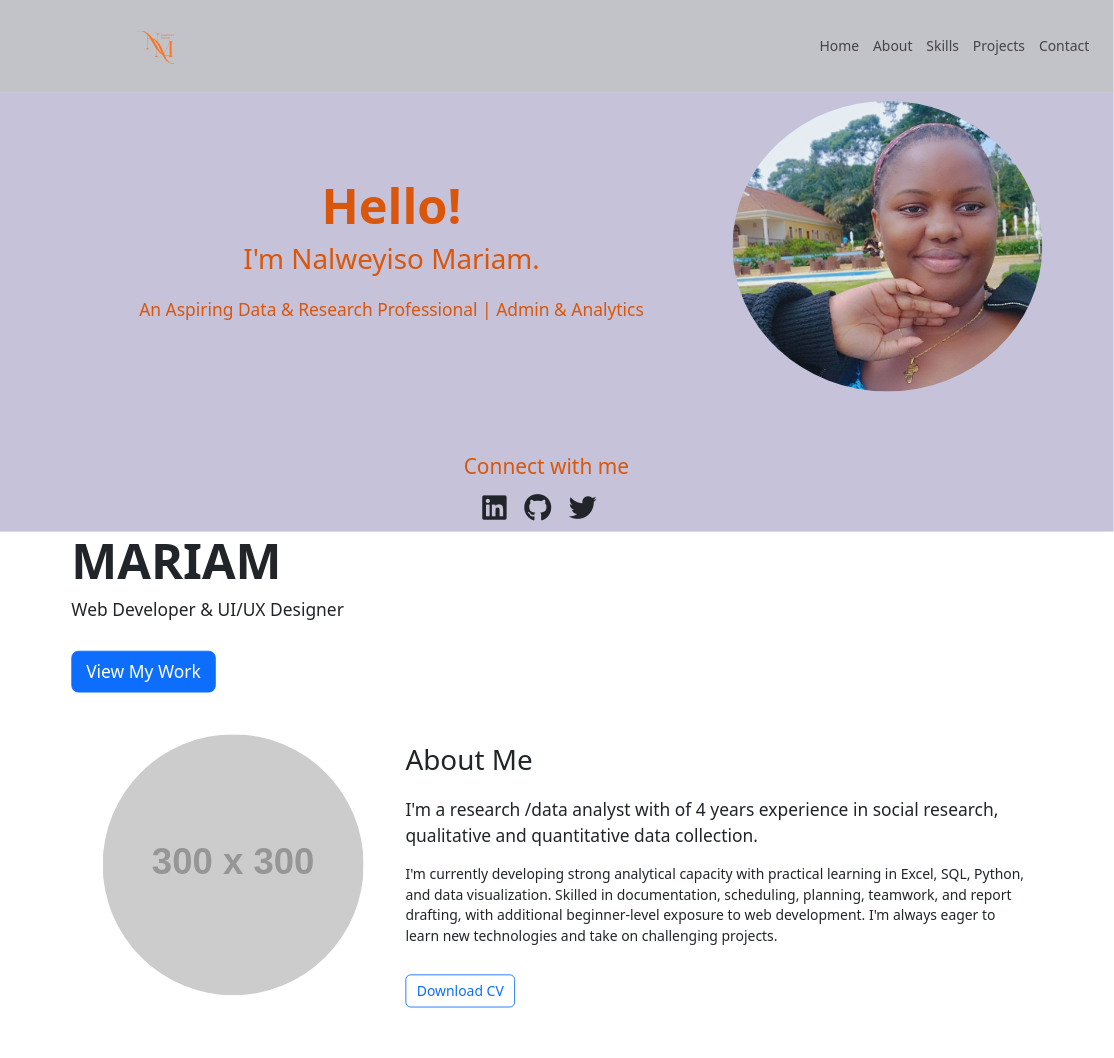
Repository: NalweMari/My-Personal-Portfolio
Page: index.html
An editor plug-in stored every save of this project. The page is shown before and after the next save, followed by the edit.
The browser window is 1280 px wide. The pictures show the whole page, at 87% of full size.

Above is the page before, as saved 2025-11-27 22:12:11.
Console error (its wording comes from the project's code and is left out).

### index.html
<!DOCTYPE html>
<html lang="en">

<head>
    <meta charset="UTF-8">
    <meta name="viewport" content="width=device-width, initial-scale=1.0">
    <title>My Portfolio</title>
    <link rel="stylesheet" href="style.css">
    <!-- Bootstrap CSS -->
    <link href="https://cdn.jsdelivr.net/npm/bootstrap@5.3.0/dist/css/bootstrap.min.css" rel="stylesheet">
    <!-- Font Awesome for icons -->
    <link rel="stylesheet" href="https://cdnjs.cloudflare.com/ajax/libs/font-awesome/6.4.0/css/all.min.css">

</head>

<body>
    <!-- Navigation -->

    <nav class="navbar navbar-expand-lg navbar-light bg-custom">
        <div class="container me-2">
            <a class="navbar-brand" href="#"><img src="images/Initials_Logo-preview (1).png" alt="Your Logo"
                    height="80"></a> <button class="navbar-toggler" type="button" data- 6 toggle="collapse"
                data-target="#navbarNav" aria-controls="navbarNav" aria-expanded="false" aria-label="Toggle navigation">
                <span class="navbar-toggler-icon"></span> </button>
            <div class="collapse navbar-collapse" id="navbarNav">
                <ul class="navbar-nav ms-auto">
                    <a class="nav-link" href="#">Home</a>
                    </li>
                    <li class="nav-item">
                        <a class="nav-link" href="#">About</a>
                    </li>
                    <li class="nav-item">
                        <a class="nav-link" href="#">Skills</a>
                    </li>
                    <li class="nav-item">
                        <a class="nav-link" href="#">Projects</a>
                    </li>
                    <li class="nav-item"><a class="nav-link" href="#">Contact</a>
                    </li>
                </ul>
            </div>
        </div>
    </nav>

    <!-- Hero Section -->
    <!-- <section id="home" class="hero-section text-center">
        <div class="container">
            <h1 class="display-4 fw-bold">MARIAM</h1>
            <p class="lead">Web Developer & UI/UX Designer</p>
            <a href="#projects" class="btn btn-primary btn-lg mt-3">View My Work</a>
        </div>
    </section> -->
    <section id="home" class="hero-section text-center">
        <div class="container">
            <div class="row align-items-center">
                <div class="col-md-8">
                    <h1 class="display-4 fw-bold">Hello!</h1>
                    <h2 class="mb-4">I'm Nalweyiso Mariam.</h2>
                    <p class="lead">An Aspiring Data & Research Professional | Admin & Analytics</p>
                    <p></p>
                    <!-- <a href="#projects" class="btn btn-primary btn-lg mt-3">View My Work</a>
                    <a href="#" class="btn btn-outline-primary mt-3">Download CV</a> -->
                </div>
                <div class="col-md-4 text-center mb-4">
                    <img src="images/Profile design.png" alt="Profile" class="img-fluid rounded-circle large-profile">
                </div>
                <div class="row mt-5">
                    <div class="col text-center">
                        <h4>Connect with me</h4>
                        <div class="mt-3">
                            <a href="#" class="text-dark me-3"><i class="fab fa-linkedin fa-2x"></i></a>
                            <a href="#" class="text-dark me-3"><i class="fab fa-github fa-2x"></i></a>
                            <a href="#" class="text-dark me-3"><i class="fab fa-twitter fa-2x"></i></a>
                        </div>
                    </div>
                </div>
    </section>
    <!-- About Section -->

      <section id="about" class="">
        <div class="container">
            <h1 class="display-4 fw-bold">MARIAM</h1>
            <p class="lead">Web Developer & UI/UX Designer</p>
            <a href="#projects" class="btn btn-primary btn-lg mt-3">View My Work</a>
    <section id="about" class="py-5">
        <div class="container">
            <div class="row align-items-center">
                <div class="col-md-4 text-center mb-4">
                    <img src="https://via.placeholder.com/300" alt="Profile" class="img-fluid rounded-circle">
                </div>
                <div class="col-md-8">
                    <h2 class="mb-4">About Me</h2>
                    <p class="lead">I'm a research /data analyst with of 4 years
                        experience in social research, qualitative and quantitative data collection.</p>
                    <p>I'm currently developing strong analytical capacity with practical learning in Excel, SQL,
                        Python,
                        and data visualization. Skilled in documentation, scheduling, planning, teamwork, and report
                        drafting, with additional beginner-level exposure to web development. I'm always eager to learn
                        new technologies and take on challenging projects.</p>
                    <a href="#" class="btn btn-outline-primary mt-3">Download CV</a>
                </div>
            </div>
        </div>
    </section>
    <script src="https://stackpath.bootstrapcdn.com/bootstrap/4.5.2/js/bootstrap.min.js"></script>
</body>

</html>

### Style.css
.bg-custom {
  background-color: rgba(3, 0, 31, 0.24);
}

.hero-section {
  background-color: rgba(13, 3, 99, 0.24);
  color:  rgb(218, 86, 10);
     /* color: white; */
  padding: 10px 0;
}
.large-profile {
    width: 400px;
    height: 400px;
    object-fit: cover;
}
/* .skill-bar {
  height: 20px;
  background-color: #e9ecef;
  border-radius: 5px;
  margin-bottom: 15px;
}
.skill-progress {
  height: 100%;
  border-radius: 5px;
  background-color: #0d6efd;
}
.project-card {
  transition: transform 0.3s;
}
.project-card:hover {
  transform: translateY(-5px);
} */

After the next save:
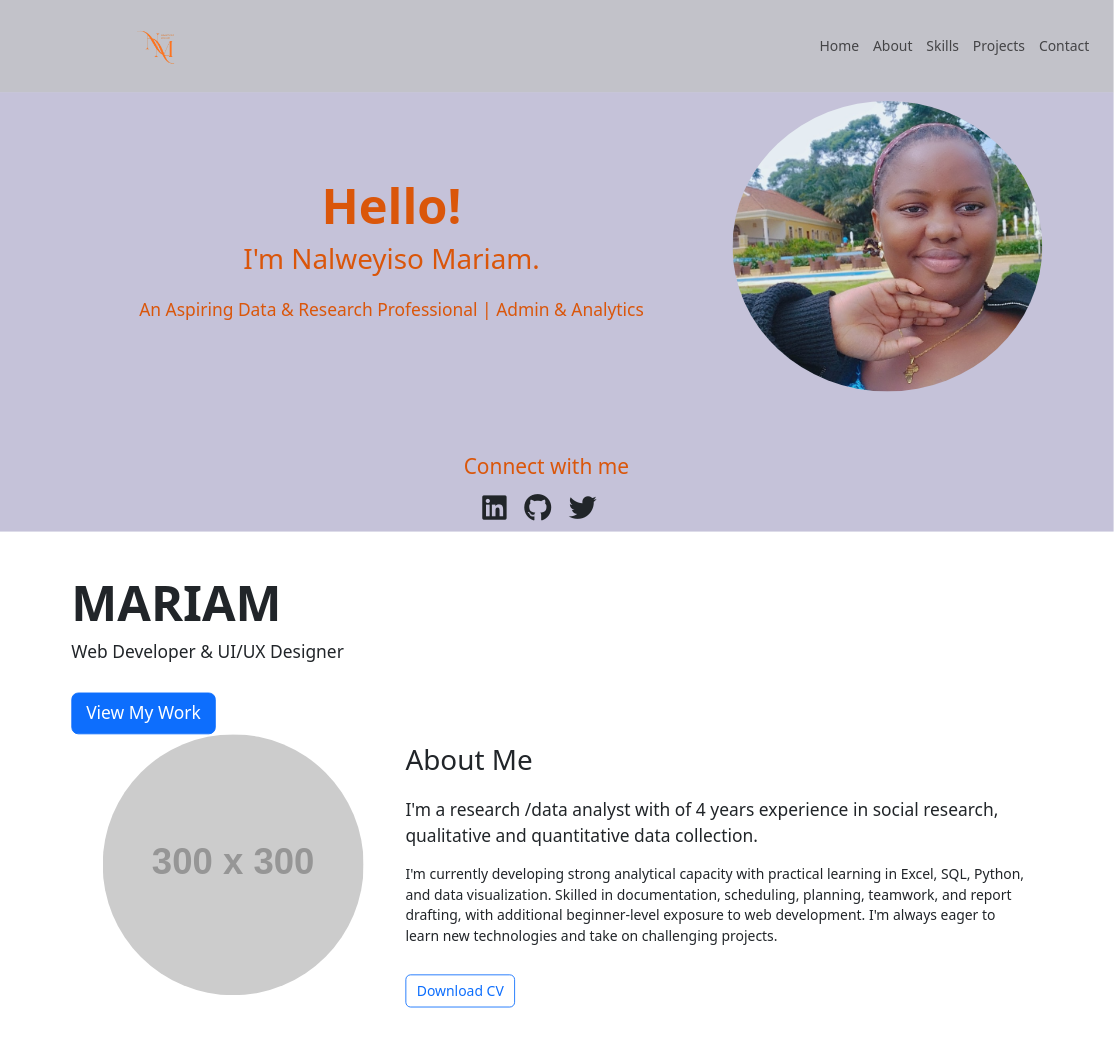
Saved 10 s later.
--- a/index.html
+++ b/index.html
@@ -77,12 +77,12 @@
     </section>
     <!-- About Section -->
 
-      <section id="about" class="">
+      <section id="about" class="py-5">
         <div class="container">
             <h1 class="display-4 fw-bold">MARIAM</h1>
             <p class="lead">Web Developer & UI/UX Designer</p>
             <a href="#projects" class="btn btn-primary btn-lg mt-3">View My Work</a>
-    <section id="about" class="py-5">
+    <section id="about" class="">
         <div class="container">
             <div class="row align-items-center">
                 <div class="col-md-4 text-center mb-4">
